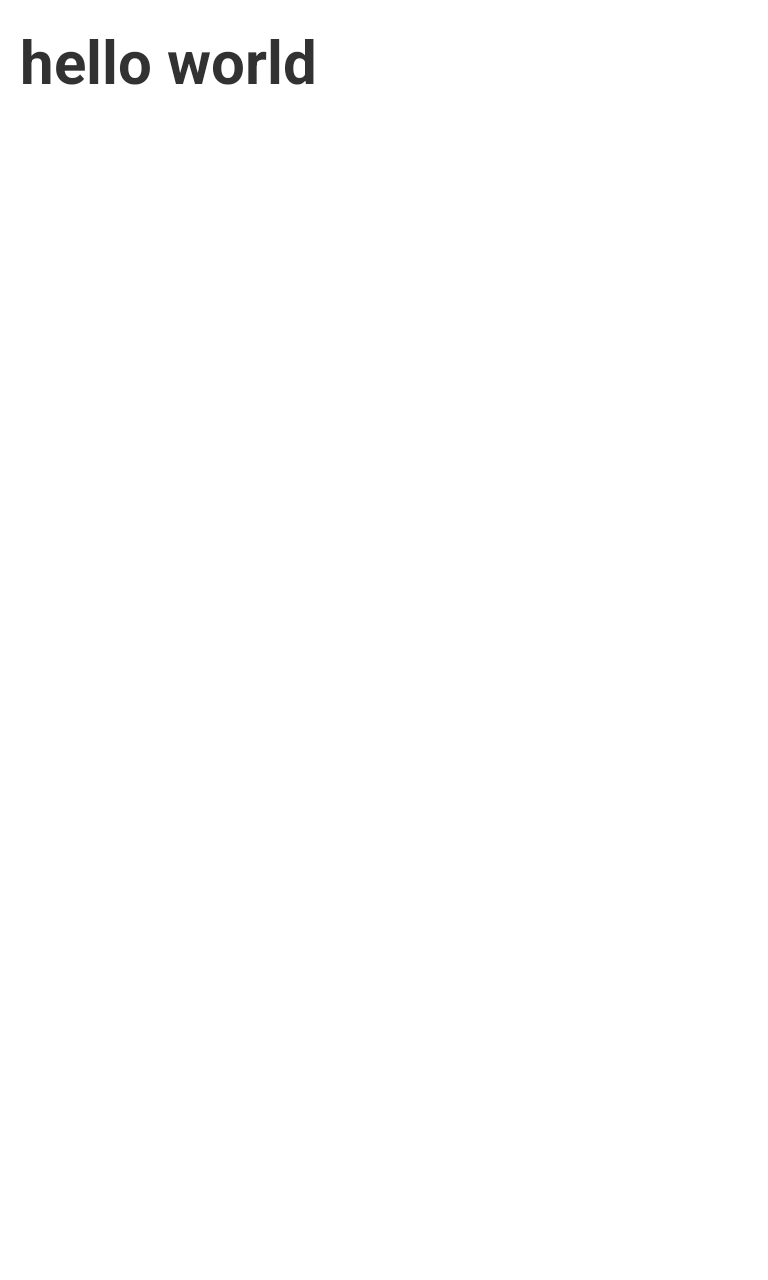
Repository: patheon17/myrepo2
Layout: workspace/UMBusTracking/res/layout/testing.xml
These files come from the project's save history. The layout is drawn as it stood at one moment and after the next save; the edit follows.
It is drawn on a 768 x 1280 px phone screen (xhdpi) without system bars, with theme AppTheme; the app's code is not run. Lists and similar views that code fills are empty.

Above is the layout before, as saved 2013-10-03 18:28:54.

After the next save:
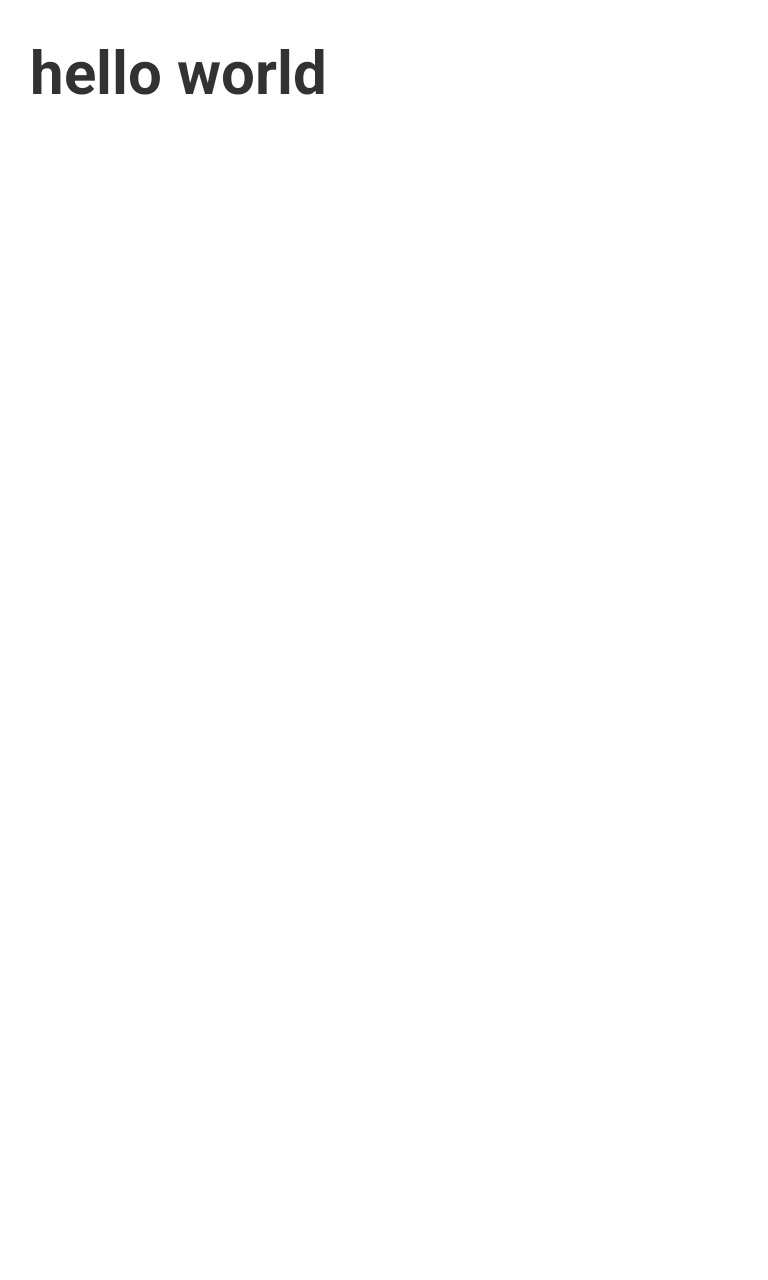
Saved 23 s later.
--- a/workspace/UMBusTracking/res/layout/testing.xml
+++ b/workspace/UMBusTracking/res/layout/testing.xml
@@ -9,7 +9,7 @@
 			android:layout_height="wrap_content"
 			android:text="hello world"
 			android:textSize="30sp"
-			android:padding="10sp"
+			android:padding="15sp"
 			android:textStyle="bold"  />
 	</RelativeLayout>
 	<LinearLayout android:id="@+id/bottom_control_bar"
